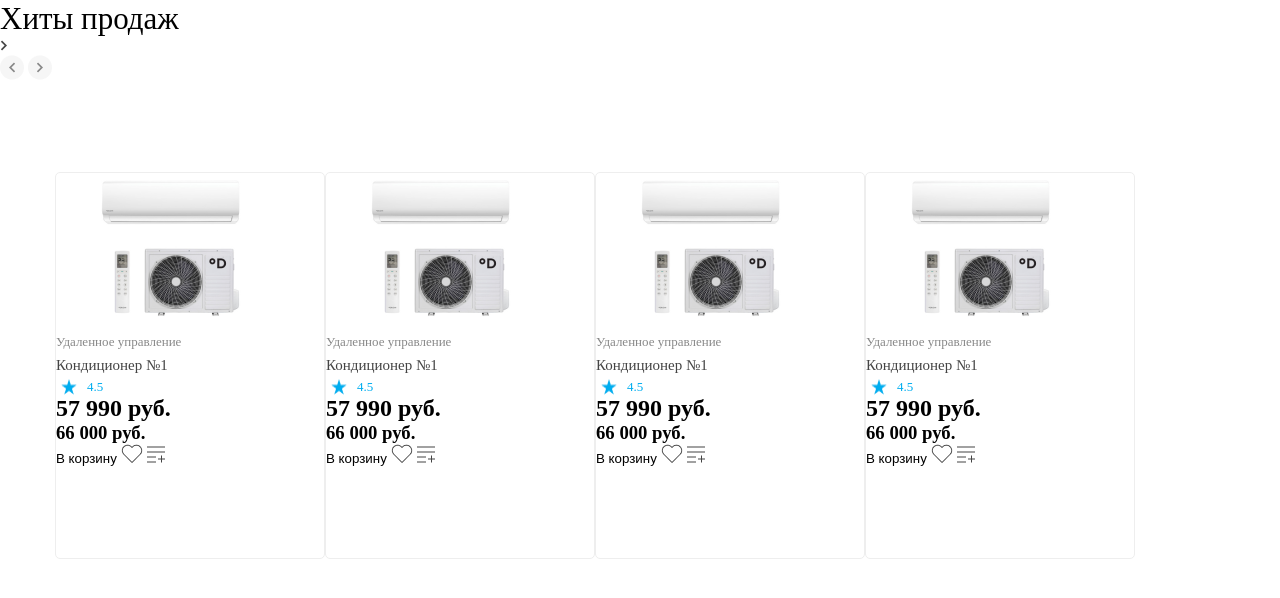
Repository: NikaMana/us
Page: index.html
The author's editor kept a copy of each file at every save. The page is drawn from the files as they stood at one save, then again after the next save.
The browser window is 1280 px wide. The pictures show the whole page.

Above is the page before, as saved 2021-09-15 15:33:05.

### index.html
<!DOCTYPE html>
<html lang="ru">
<head>
    <meta charset="utf-8">
    <title>Main page</title>
    <meta name="viewport" content="widht=1100, initial-scale=1.0">
    <link rel="stylesheet" href="./styles.css">


</head>
<body>
<div class="welcome">
  <div class="welcome__container">
    <div class="welcome__up">
      <div class="welcome__left">
        <h1 class="welcome__hits">Хиты продаж</h1>
        <img class="welcome__arr" src="/img/arrbl.png" alt="blackarrow">
      </div>
      <div class="welcome__right">
        <img class="welcome__arr-left" src="/img/arrleft.png" alt="arrowleft">
        <img class="welcome__arr-right" src="/img/arrright.png" alt="arrowright">
      </div>
    </div>
      <div class="welcome__block-container">
        <div class="welcome__block">
          <img class="welcome__pic" src="/img/pic1.png" alt="condition">
          <h4 class="welcome__control">Удаленное управление</h4>
          <h3 class="welcome__condition">Кондиционер №1</h3>
          <div class="welcome__rating">
            <img class="welcome__star" src="/img/Star.png" alt="star">
            <span class="welcome__score">4.5</span>
          </div>
          <div class="welcome__price">
            <h2 class="welcome__price-current">57 990 руб.</h2>
            <h3 class="welcome__price-current">66 000 руб.</h3>
          </div>
          <div class="welcome__adding">
            <button class="welcome__button">В корзину</button>
            <img class="welcome__like" src="/img/like.png" alt="like">
            <img class="welcome__plus" src="/img/add.png" alt="add">
          </div>
        </div>
        <div class="welcome__block">
          <img class="welcome__pic" src="/img/pic1.png" alt="condition">
          <h4 class="welcome__control">Удаленное управление</h4>
          <h3 class="welcome__condition">Кондиционер №1</h3>
          <div class="welcome__rating">
            <img class="welcome__star" src="/img/Star.png" alt="star">
            <span class="welcome__score">4.5</span>
          </div>
          <div class="welcome__price">
            <h2 class="welcome__price-current">57 990 руб.</h2>
            <h3 class="welcome__price-current">66 000 руб.</h3>
          </div>
          <div class="welcome__adding">
            <button class="welcome__button">В корзину</button>
            <img class="welcome__like" src="/img/like.png" alt="like">
            <img class="welcome__plus" src="/img/add.png" alt="add">
          </div>
        </div>
        <div class="welcome__block">
          <img class="welcome__pic" src="/img/pic1.png" alt="condition">
          <h4 class="welcome__control">Удаленное управление</h4>
          <h3 class="welcome__condition">Кондиционер №1</h3>
          <div class="welcome__rating">
            <img class="welcome__star" src="/img/Star.png" alt="star">
            <span class="welcome__score">4.5</span>
          </div>
          <div class="welcome__price">
            <h2 class="welcome__price-current">57 990 руб.</h2>
            <h3 class="welcome__price-current">66 000 руб.</h3>
          </div>
          <div class="welcome__adding">
            <button class="welcome__button">В корзину</button>
            <img class="welcome__like" src="/img/like.png" alt="like">
            <img class="welcome__plus" src="/img/add.png" alt="add">
          </div>
        </div>
        <div class="welcome__block">
          <img class="welcome__pic" src="/img/pic1.png" alt="condition">
          <h4 class="welcome__control">Удаленное управление</h4>
          <h3 class="welcome__condition">Кондиционер №1</h3>
          <div class="welcome__rating">
            <img class="welcome__star" src="/img/Star.png" alt="star">
            <span class="welcome__score">4.5</span>
          </div>
          <div class="welcome__price">
            <h2 class="welcome__price-current">57 990 руб.</h2>
            <h3 class="welcome__price-current">66 000 руб.</h3>
          </div>
          <div class="welcome__adding">
            <button class="welcome__button">В корзину</button>
            <img class="welcome__like" src="/img/like.png" alt="like">
            <img class="welcome__plus" src="/img/add.png" alt="add">
          </div>
        </div>
      </div>
  </div>
</div>
</body>

### styles.css
*{
  margin: 0;
  padding: 0;
  box-sizing: border-box;
}
button{
  border: none;
  background: no-repeat;
}
h1, h2,h3,h4,h5{
  font-family: none;
  font-size: none;
}
.welcome{
  position: absolute;
  width: 100%;
  height: 100%;
  z-index: 0;
}

.welcome__hits{
font-family: Gotham Pro;
font-size: 31px;
font-style: normal;
font-weight: 300;
line-height: 37px;
letter-spacing: 0em;
text-align: left;
}
.welcome__block-container{
  display: flex;
  flex-direction: row;
}
.welcome__block{
height: 387px;
width: 270px;
left: 55px;
top: 88px;
border-radius: 5px;
position: relative;
height: 387px;
left: 55px;
right: 955px;
top: 88px;
background: #FFFFFF;
border: 1px solid #EEEEEE;
box-sizing: border-box;
border-radius: 5px;
}
.welcome__pic{
height: 150px;
left: 20px;
right: 20px;
top: 20px;
}
.welcome__control{
  position: static;
width: 230px;
height: 19px;
left: 0px;
top: 0px;
font-family: Gotham Pro;
font-style: normal;
font-weight: normal;
font-size: 13px;
line-height: 19px;
color: #888888;
flex: none;
order: 0;
align-self: stretch;
flex-grow: 0;
margin: 5px 0px;
}
.welcome__condition{
  position: static;
width: 230px;
height: 18px;
left: 0px;
top: 0px;
font-family: Gotham Pro;
font-style: normal;
font-weight: normal;
font-size: 15px;
line-height: 18px;
color: #444444;
flex: none;
order: 0;
align-self: stretch;
flex-grow: 0;
margin: 5px 0px;
}
.welcome__rating{
  display: flex;
}
.welcome__star{
  position: static;
width: 16px;
height: 16px;
left: 0px;
top: 0px;
flex: none;
order: 0;
flex-grow: 0;
margin: 0px 5px;
}
.welcome__score{
  position: static;
width: 165px;
height: 15px;
left: 21px;
top: 0px;
font-family: Gotham Pro;
font-style: normal;
font-weight: normal;
font-size: 13px;
line-height: 15px;
display: flex;
align-items: center;
color: #00ADEF;
flex: none;
order: 1;
flex-grow: 1;
margin: 0px 5px;
}

After the next save:
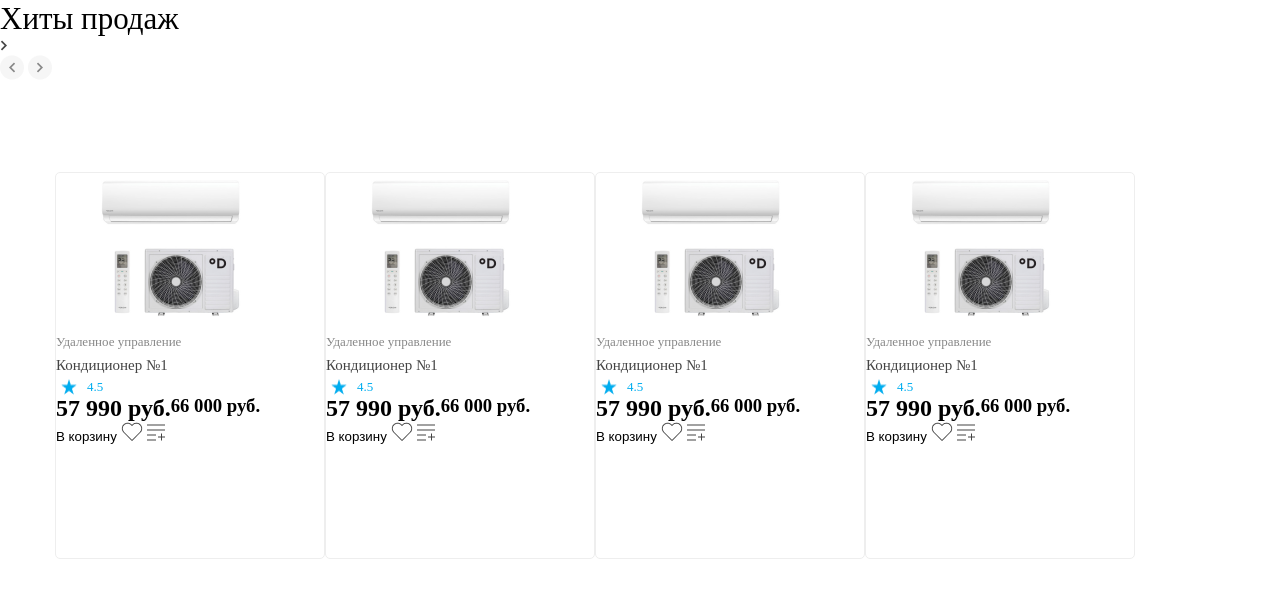
Saved 42 s later.
--- a/styles.css
+++ b/styles.css
@@ -122,3 +122,6 @@ order: 1;
 flex-grow: 1;
 margin: 0px 5px;
 }
+.welcome__price{
+  display: flex;
+}
